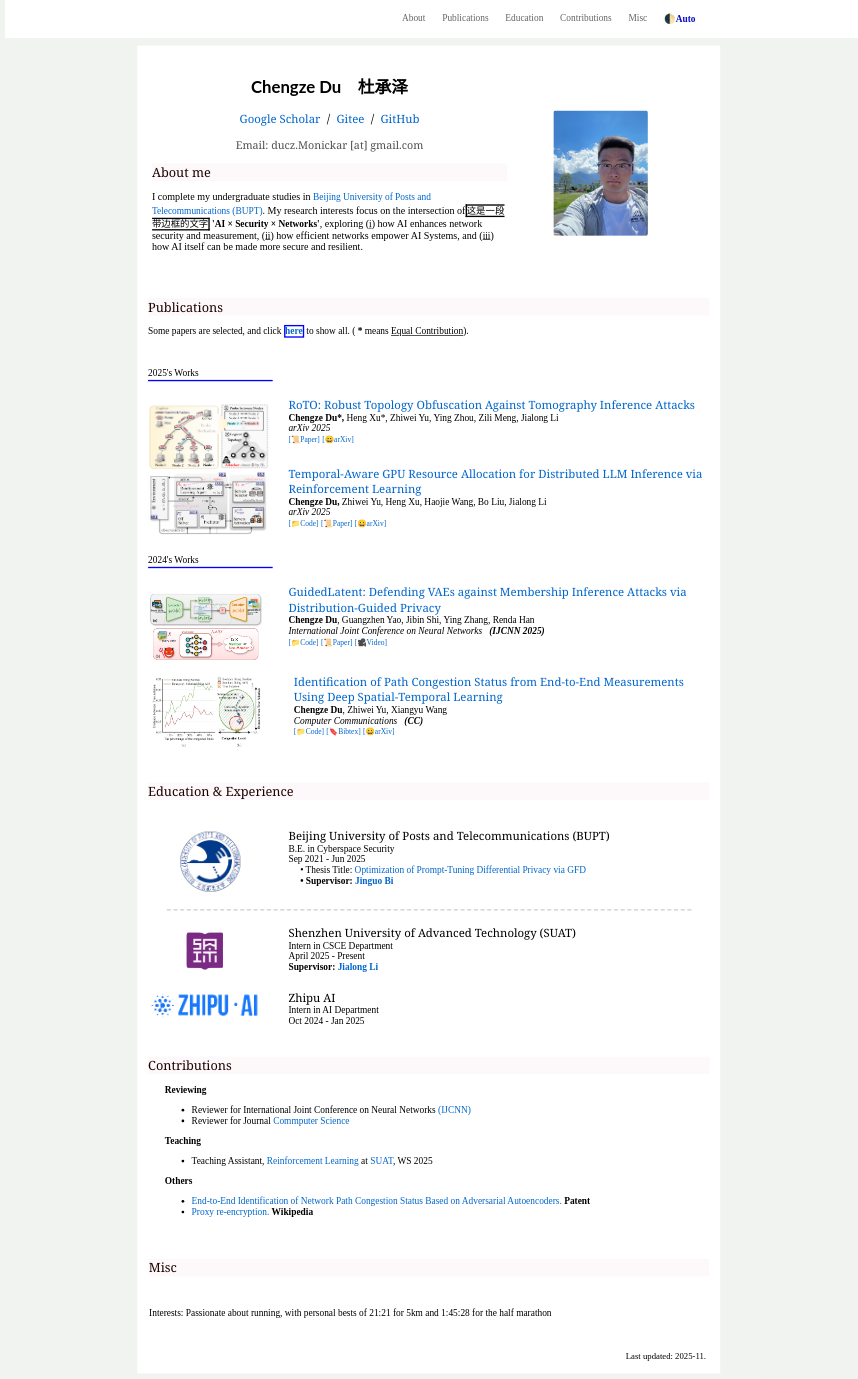
Repository: Monickar/Monickar.github.io
Page: index.html
The author's editor kept a copy of each file at every save. The page is drawn from the files as they stood at one save, then again after a run of saves.
The browser window is 1280 px wide. The pictures show the whole page, at 67% of full size.

Above is the page before, as saved 2025-11-07 09:19:32.

After the next 3 saves:
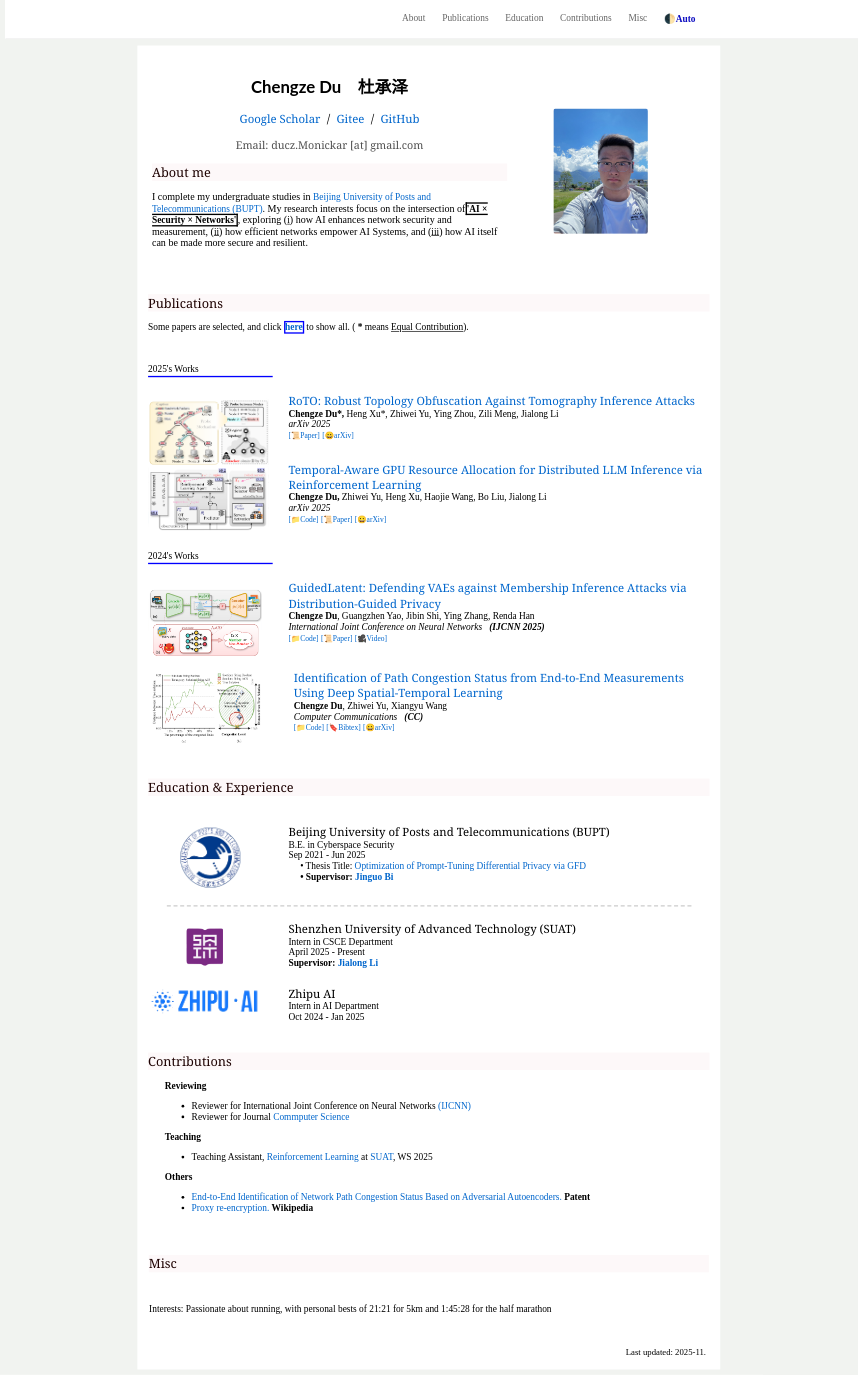
The 3 saves are shown as one change because they came seconds apart.
The last was saved 11 s later.
--- a/index.html
+++ b/index.html
@@ -66,7 +66,7 @@
                 <h2 class="subtitle">About me</h2>
 
                 <p style="font-size: 15px;"> I complete my undergraduate studies in <a href="https://www.bupt.edu.cn/">Beijing University of Posts and Telecommunications (BUPT)</a>.
-                  My research interests focus on the intersection of<span class="bordered-text">这是一段带边框的文字</span> <strong>'AI <strong>×</strong> Security <strong>×</strong> Networks'</strong>, exploring (<u>i</u>) how AI enhances network security and measurement, (<u>ii</u>) how efficient networks empower AI Systems, and (<u>iii</u>) how AI itself can be made more secure and resilient.
+                  My research interests focus on the intersection of<span class="bordered-text"><strong>'AI <strong>×</strong> Security <strong>×</strong> Networks'</strong></span>, exploring (<u>i</u>) how AI enhances network security and measurement, (<u>ii</u>) how efficient networks empower AI Systems, and (<u>iii</u>) how AI itself can be made more secure and resilient.
 
                 </p>
               </td>
